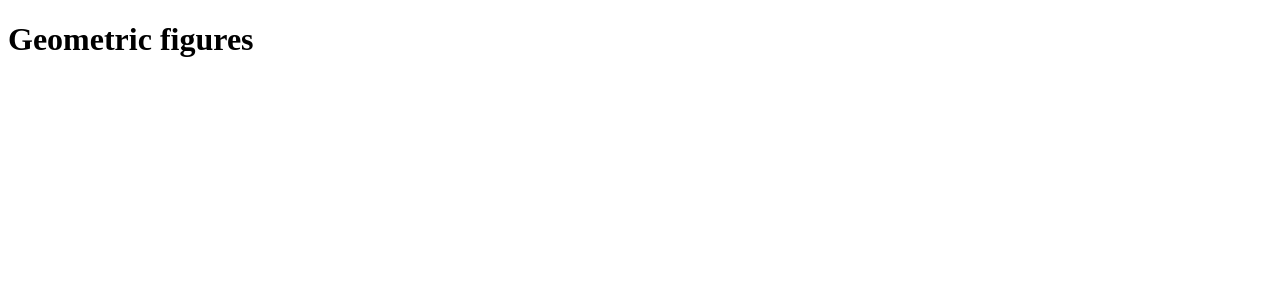
Repository: jangabe/curso-practico-javascript
Page: figures.html
The author's editor kept a copy of each file at every save. The page is drawn from the files as they stood at one save, then again after the next save.
The browser window is 1280 px wide. The pictures show the whole page.

Above is the page before, as saved 2022-06-13 19:14:01.

After the next save:
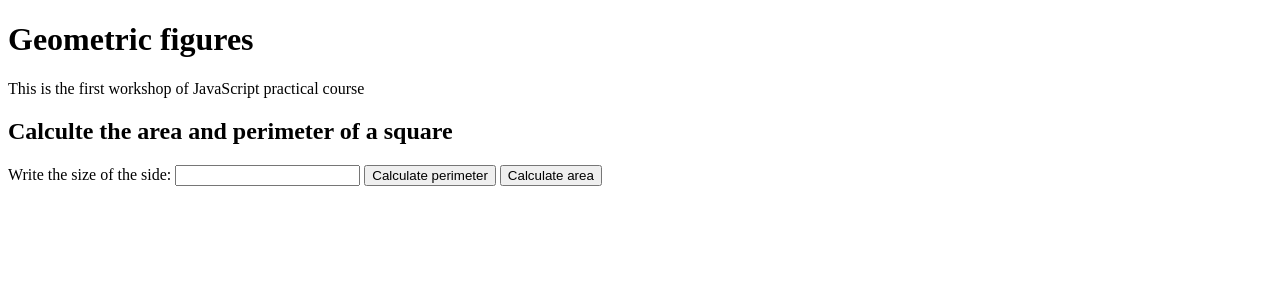
Saved 53 min 46 s later.
--- a/figures.html
+++ b/figures.html
@@ -6,7 +6,19 @@
     <title>Geometric figures</title>
 </head>
 <body>
-    <h1>Geometric figures</h1>
+    <header>
+        <h1>Geometric figures</h1>
+        <p>This is the first workshop of JavaScript practical course</p>
+    </header>
+    <section>
+        <h2>Calculte the area and perimeter of a square</h2>
+        <form action="">
+            <label for="">Write the size of the side:</label>
+            <input type="number">
+            <button>Calculate perimeter</button>
+            <button>Calculate area</button>
+        </form>
+    </section>
 
     <script src="./figures.js"></script>
 </body>
